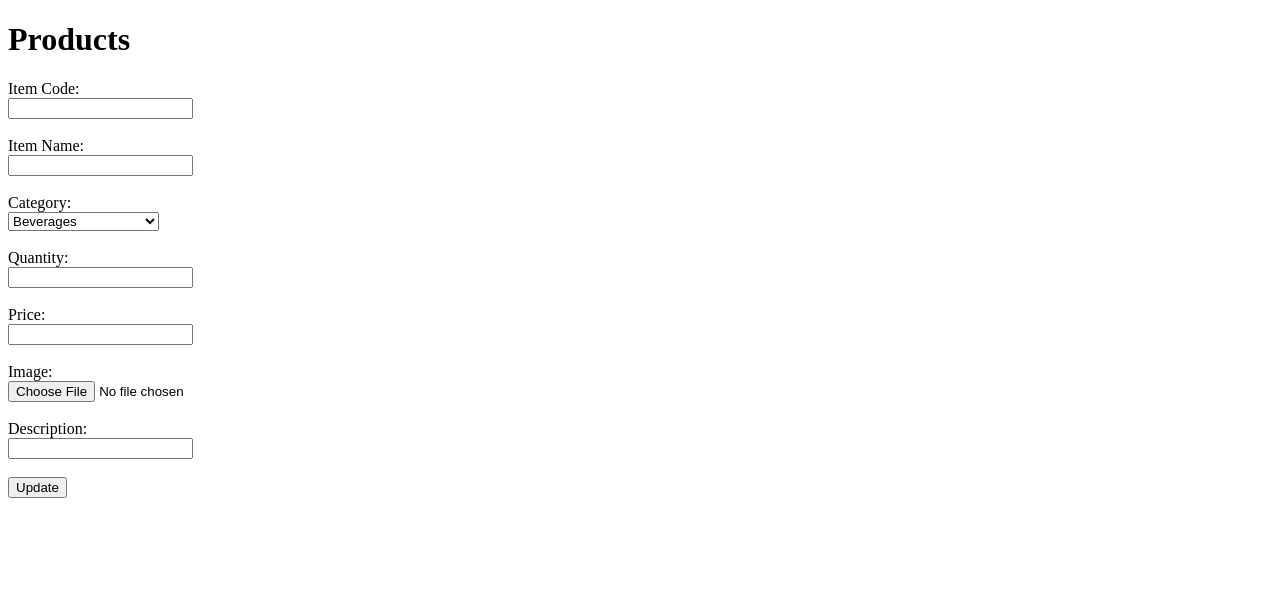
Repository: shanika2002/FreshCraze
Page: http://localhost/itemDem/product.jsp
The author's editor kept a copy of each file at every save. The page is drawn from the files as they stood at one save, then again after the next save.
The browser window is 1280 px wide. The pictures show the whole page.
The page is served by Tomcat 9.

Above is the page before, as saved 2024-05-10 04:14:06.

After the next save:
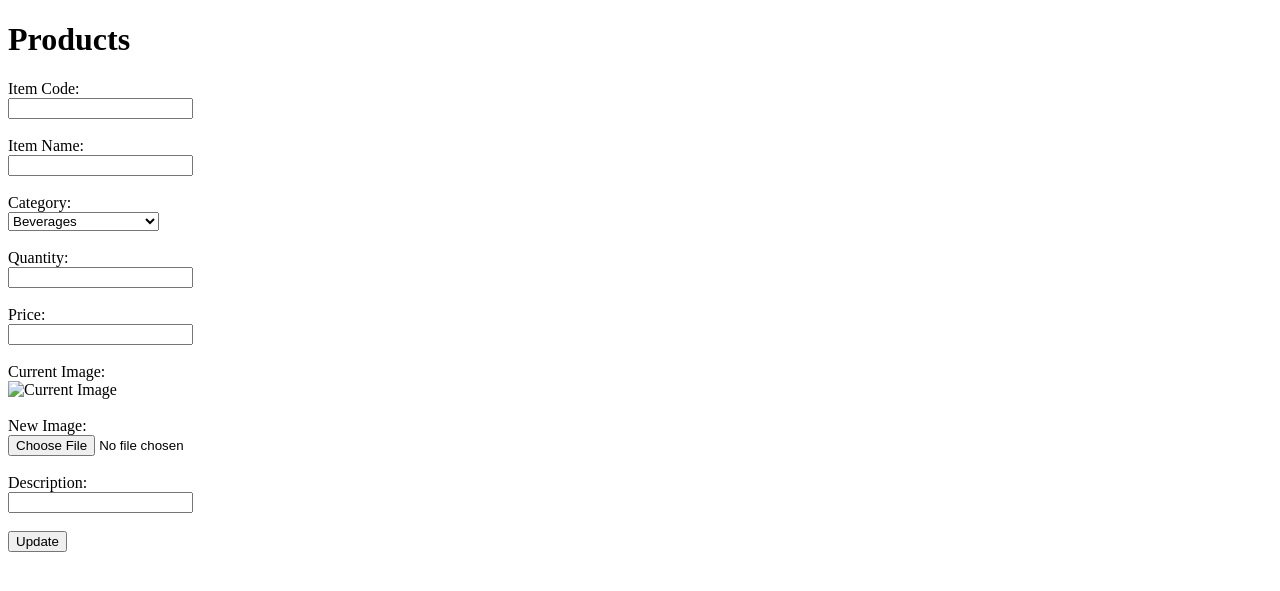
Saved 5 min 33 s later.
--- a/itemDem/src/main/webapp/product.jsp
+++ b/itemDem/src/main/webapp/product.jsp
@@ -40,8 +40,12 @@
         <label for="price">Price:</label><br>
         <input type="text" id="price" name="price" required value="${item.price }"><br><br>
 
-        <label for="image">Image:</label><br>
-        <input type="file" id="image" name="image" required value="${item.image }"><br><br>
+       <label for="image">Current Image:</label><br>
+       <img src="${item.image}" alt="Current Image"><br><br>
+
+       <label for="new_image">New Image:</label><br>
+       <input type="file" id="new_image" name="newImage"><br><br>
+
 
 
         <label for="description">Description:</label><br>

After the 2 saves that followed:
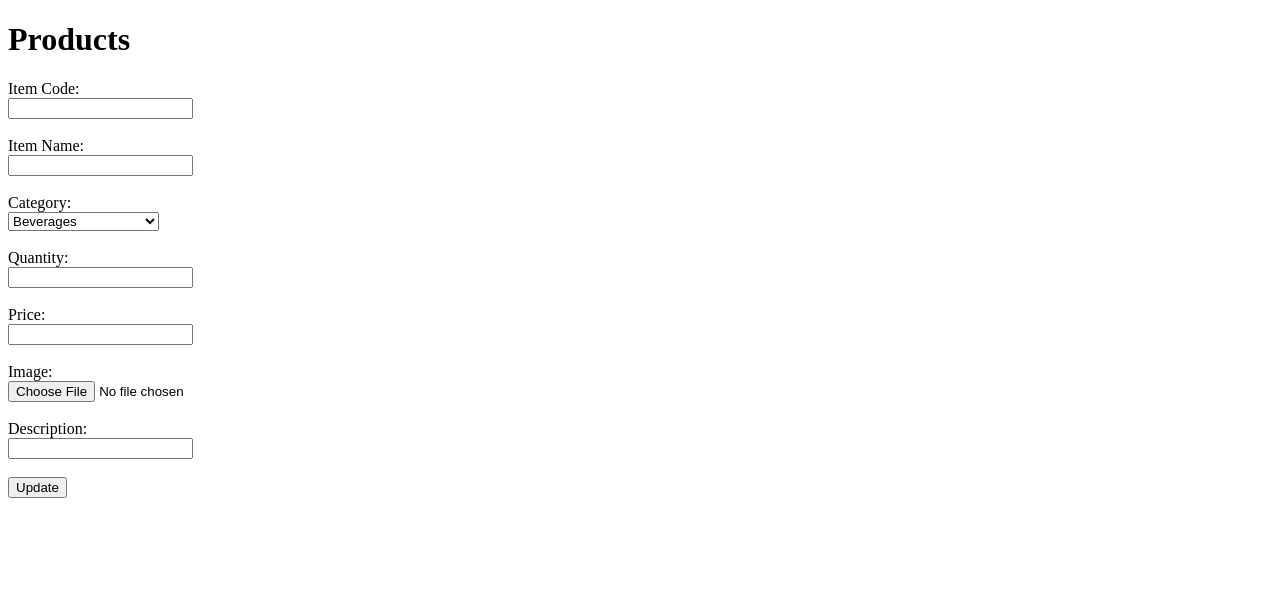
The 2 saves are shown as one change because 1 left the picture as it was.
The last was saved 78 s later.
--- a/itemDem/src/main/webapp/product.jsp
+++ b/itemDem/src/main/webapp/product.jsp
@@ -40,13 +40,8 @@
         <label for="price">Price:</label><br>
         <input type="text" id="price" name="price" required value="${item.price }"><br><br>
 
-       <label for="image">Current Image:</label><br>
-       <img src="${item.image}" alt="Current Image"><br><br>
-
-       <label for="new_image">New Image:</label><br>
-       <input type="file" id="new_image" name="newImage"><br><br>
-
-
+        <label for="image">Image:</label><br>
+        <input type="file" id="image" name="image" required value="${item.image }"><br><br>
 
         <label for="description">Description:</label><br>
         <input id="description" name="description"  required value="${item.description }"><br><br>
